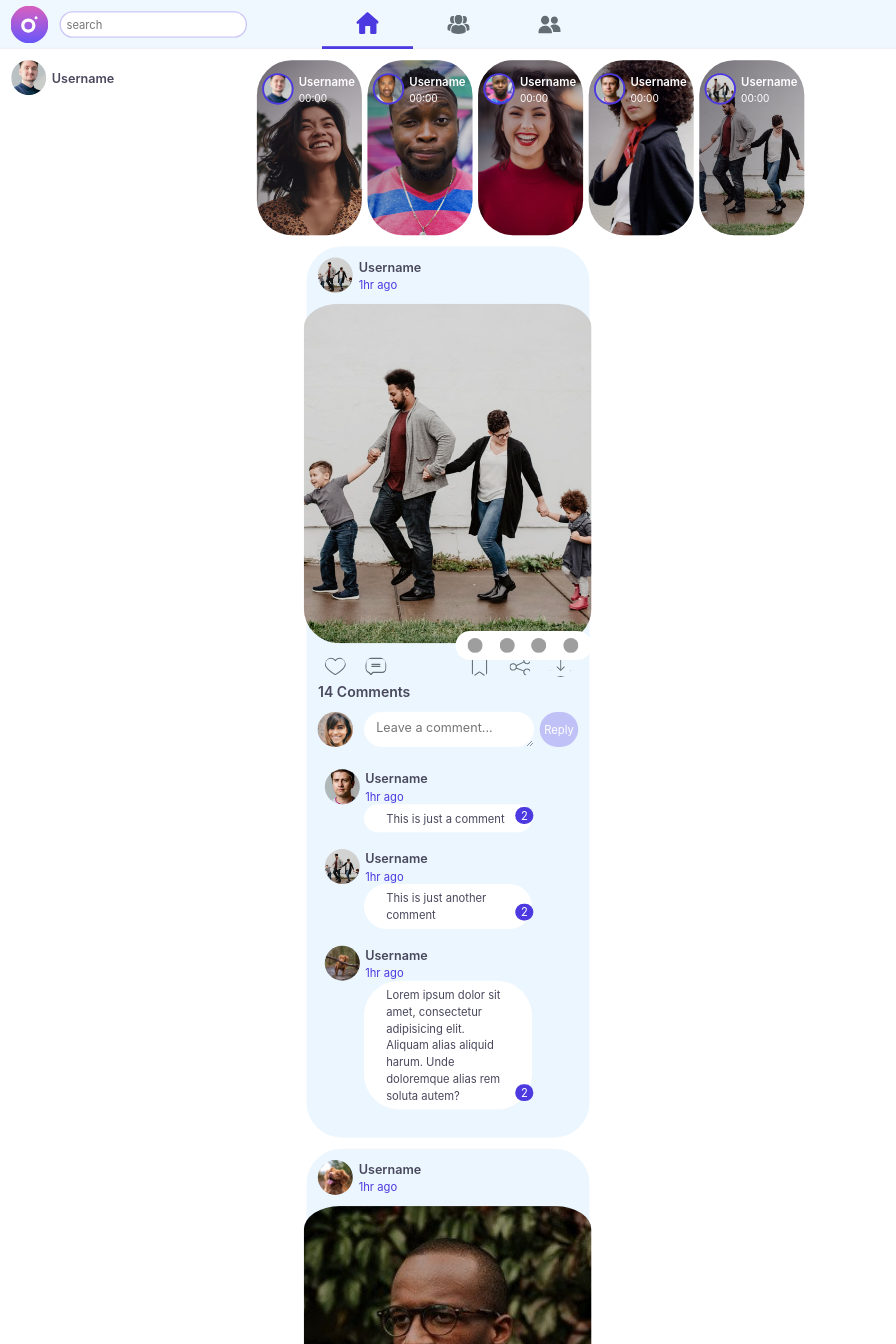
Repository: Flovet-stack/memic
Page: home.html
An editor plug-in stored every save of this project. The page is shown before and after the next save, followed by the edit.
The browser window is 1280 px wide. The pictures show the part of the page from y = 0 to 1920 px (the page is 3302 px tall before and 3446 px after), at 70% of full size.
Pictures or frames that could not be fetched are drawn as grey boxes. Some web fonts or font styles are not loaded; a fallback is used.

Above is the page before, as saved 2020-10-17 19:30:15.
Console error: TypeError: Cannot read properties of undefined (reading 'fn')

After the next save:
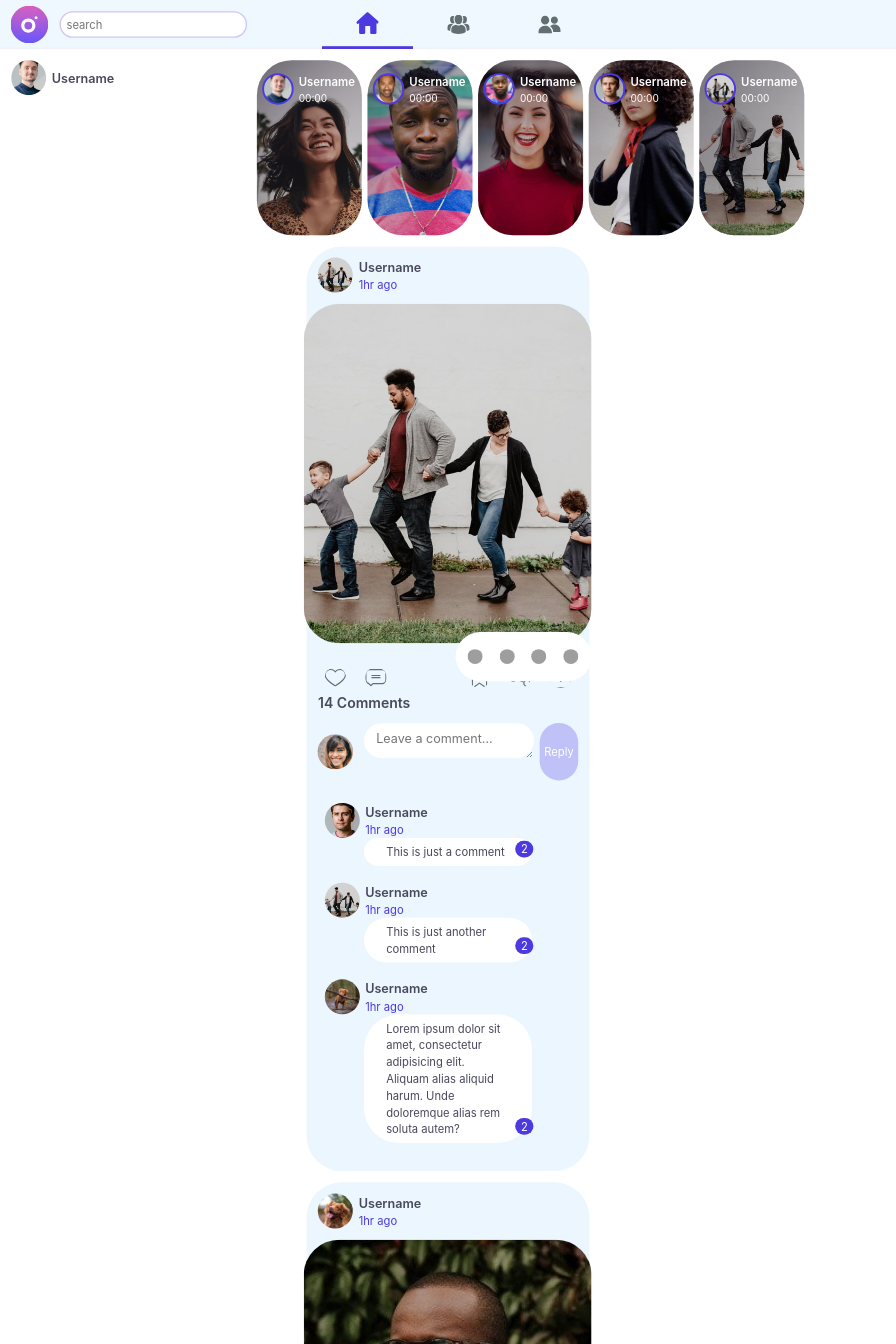
Saved 32 s later.
--- a/css/post-card.css
+++ b/css/post-card.css
@@ -17,7 +17,7 @@
     /* background-color: var(--transparent-overlay); */
     transform: scaleX(1.02);
     border-radius: var(--border-radius);
-    padding-top: var(--padding-2);
+    margin: var(--padding-2) 0;
 }
 .post-card-footer {
     margin-top: var(--padding-1);
